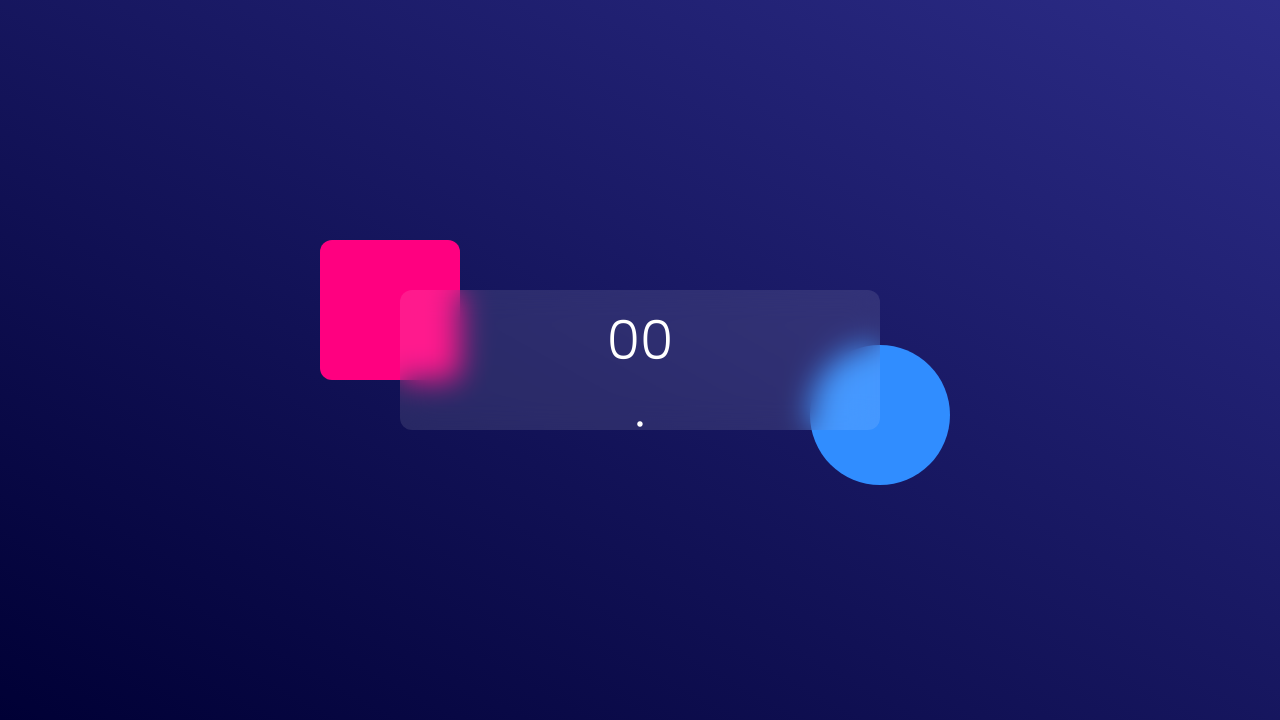
Repository: Ankitkr2021/Digital_Clock
Page: index.html
An editor plug-in stored every save of this project. The page is shown before and after the next save, followed by the edit.
The browser window is 1280 px wide. The pictures show the whole page.

Above is the page before, as saved 2025-10-26 03:53:30.

After the next save:
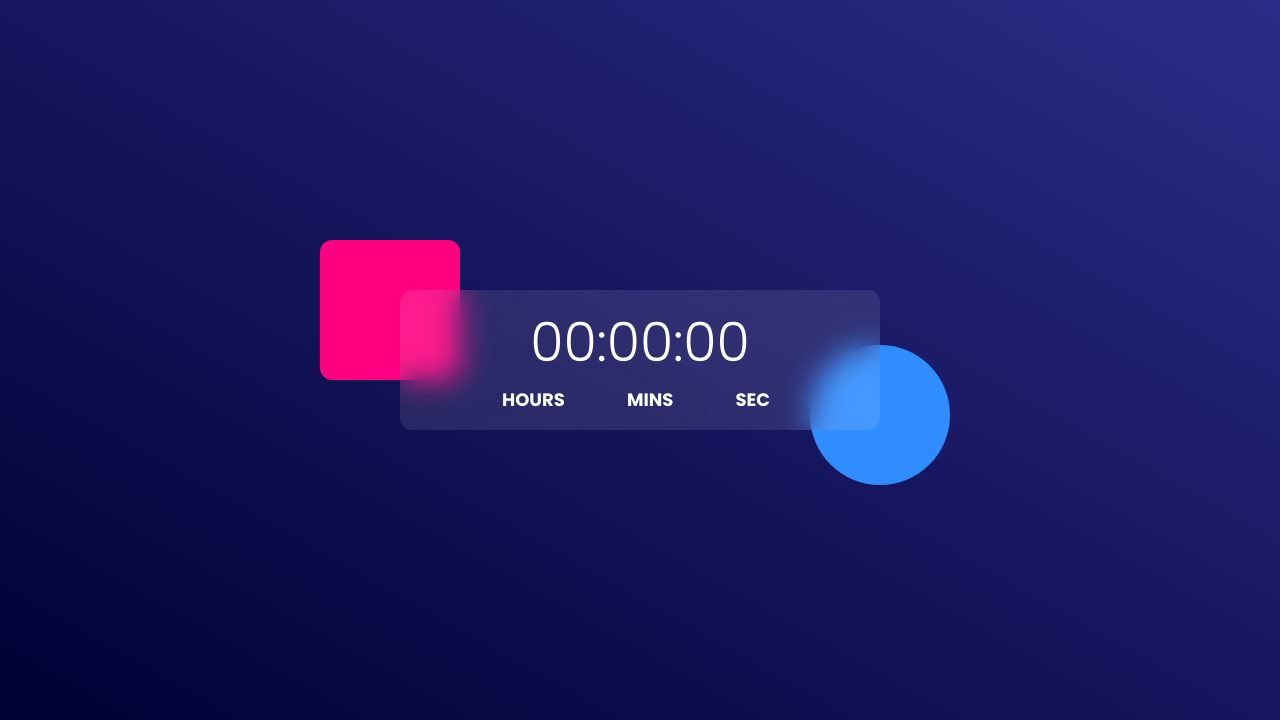
Saved 12 s later.
--- a/style.css
+++ b/style.css
@@ -58,6 +58,11 @@
     margin-top: 10px;
 }
 
+.time {
+    display: flex;
+
+}
+
 span{
     display: flex;
     align-items: center;

After the save that followed:
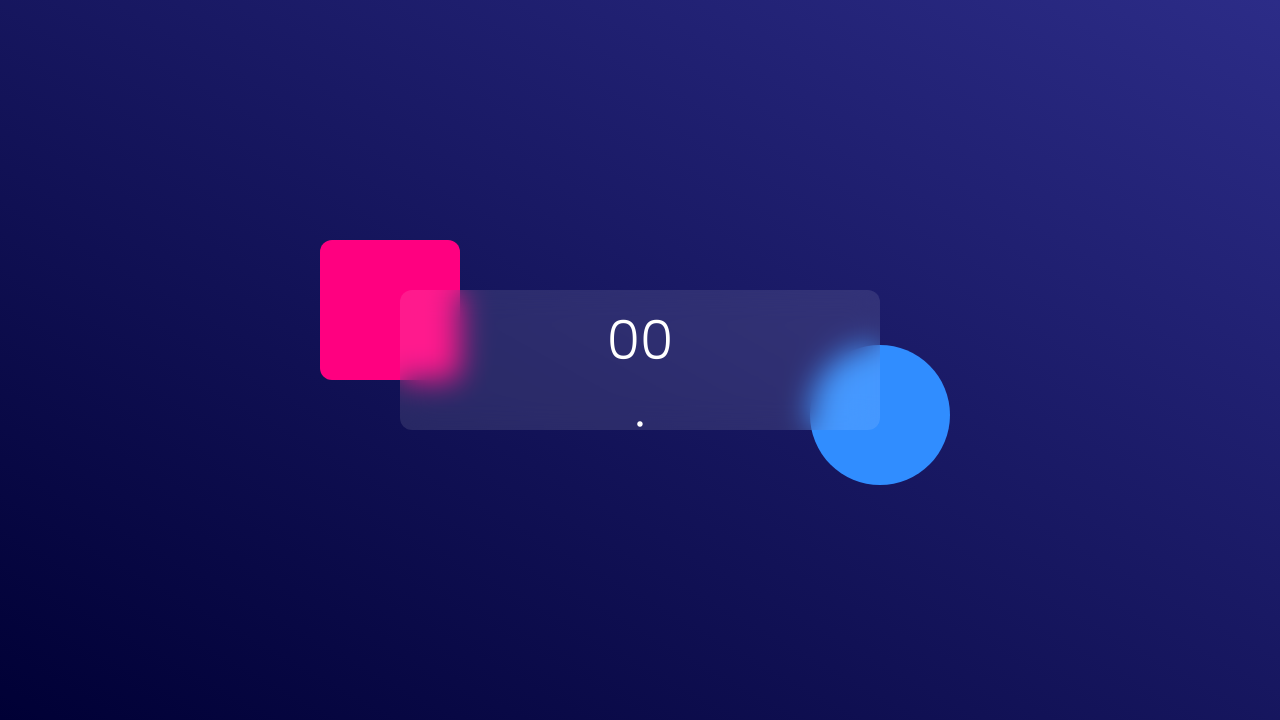
Saved 6 s later.
--- a/style.css
+++ b/style.css
@@ -60,6 +60,7 @@
 
 .time {
     display: flex;
+    flex-direction: column;
 
 }
 
@@ -67,7 +68,6 @@
     display: flex;
     align-items: center;
     justify-content: space-evenly;
-    flex-direction: column;
     font-size: 54px;
     font-weight: 300;
     margin-top: 10px;
